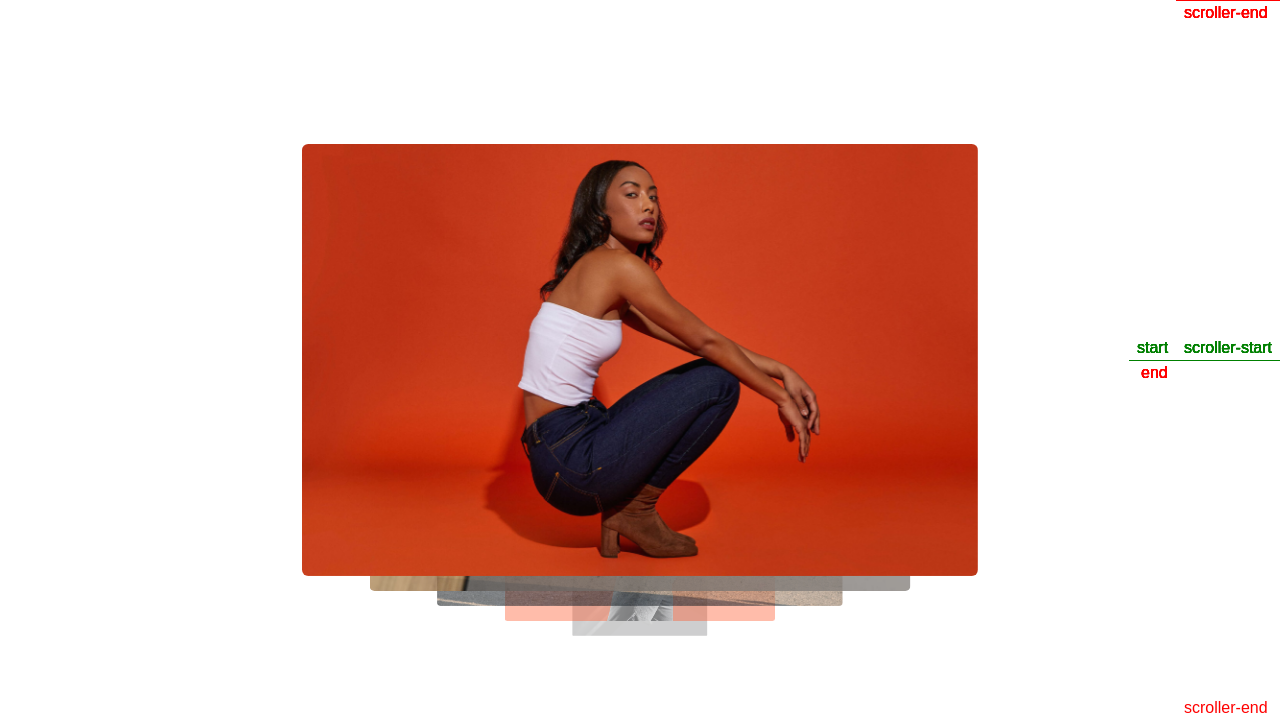
Repository: lwygold/motion
Page: layout/이미지 위로 계속 올라가는레이아웃.html
An editor plug-in stored every save of this project. The page is shown before and after the next save, followed by the edit.
The browser window is 1280 px wide. The pictures show the window.
Pictures or frames that could not be fetched are drawn as grey boxes. A layer covers the whole window, so only the first screen is drawn.

Above is the page before, as saved 2023-02-21 13:53:33.

After the next save:
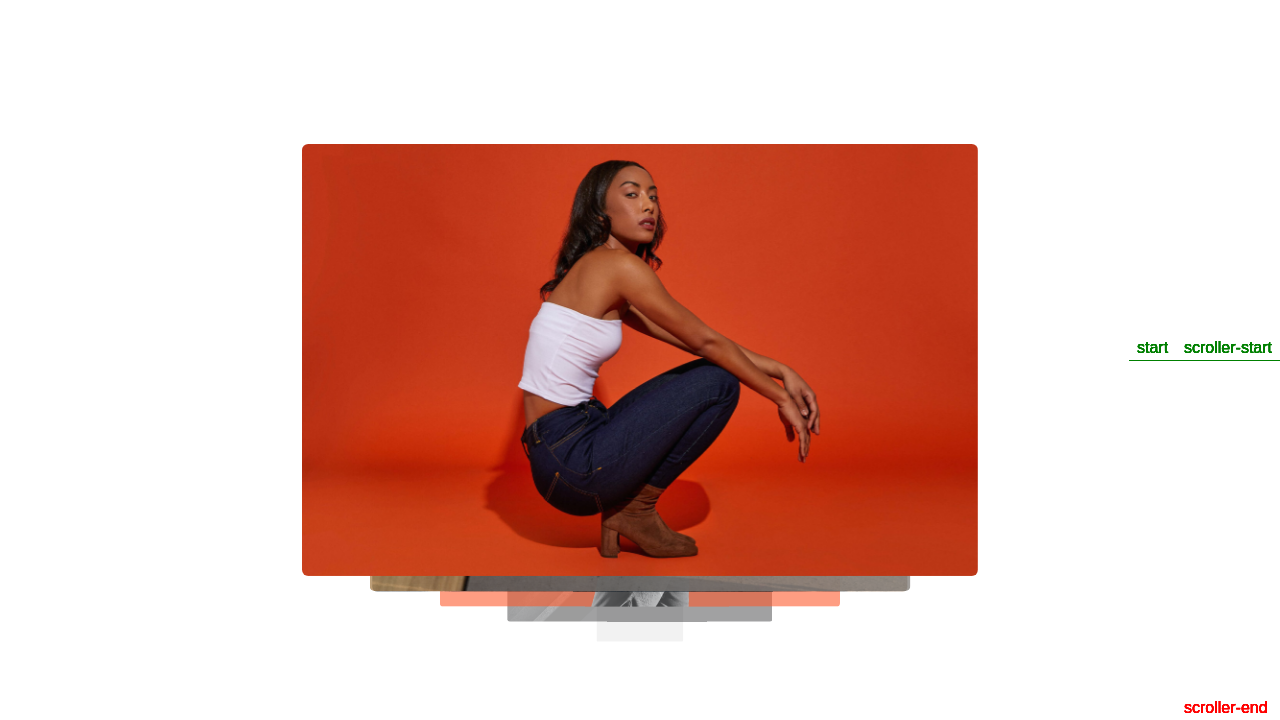
Saved 50 s later.
--- a/layout/이미지 위로 계속 올라가는레이아웃.html
+++ b/layout/이미지 위로 계속 올라가는레이아웃.html
@@ -186,7 +186,7 @@
                 scrollTrigger: {
                     trigger: 'section',
                     start: "center center",
-                    end:'center 0%',
+                    end: () => innerHeight * 3,
                     scrub: true,
                     markers: true,
                 }
@@ -196,7 +196,7 @@
                 scrollTrigger: {
                     trigger: 'section',
                     start: "center center",
-                    end:'center 0%',
+                    end: () => innerHeight * 3,
                     scrub: true,
                     markers: true,
                 }
@@ -206,7 +206,7 @@
                 scrollTrigger: {
                     trigger: 'section',
                     start: "center center",
-                    end:'center 0%',
+                    end: () => innerHeight * 3,
                     scrub: true,
                     markers: true,
                 }
@@ -216,7 +216,7 @@
                 scrollTrigger: {
                     trigger: 'section',
                     start: "center center",
-                    end:'center 0%',
+                    end: () => innerHeight * 3,
                     scrub: true,
                     markers: true,
                 }
@@ -226,7 +226,7 @@
                 scrollTrigger: {
                     trigger: 'section',
                     start: "center center",
-                    end:'center 0%',
+                    end: () => innerHeight * 3,
                     scrub: true,
                     markers: true,
                 }
